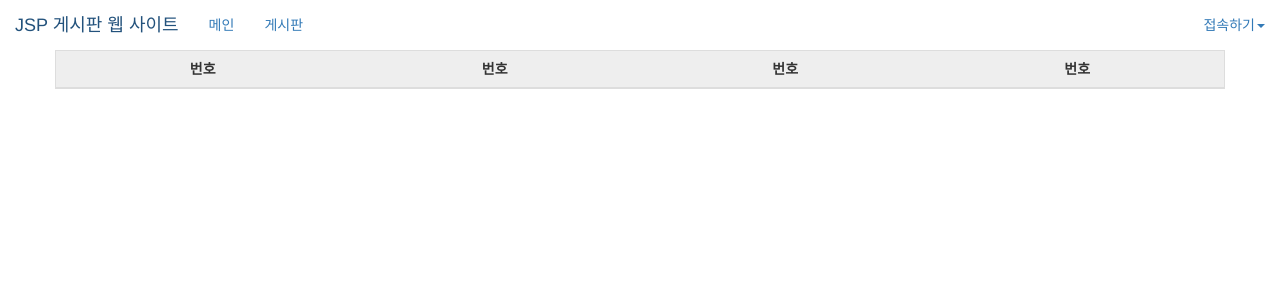
Repository: CEmmanuelP/jsp_Myblog
Page: http://localhost/BBS/bbs.jsp
The author's editor kept a copy of each file at every save. The page is drawn from the files as they stood at one save, then again after the next save.
The browser window is 1280 px wide. The pictures show the whole page.
Some web libraries are served in a nearby version. The page is served by Tomcat 9. Other server files are loaded and not shown.

Above is the page before, as saved 2019-09-06 14:46:33.

### BBS/WebContent/bbs.jsp
<%@ page language="java" contentType="text/html; charset=UTF-8"
    pageEncoding="UTF-8"%>
<%@ page import="java.io.PrintWriter" %>
<!DOCTYPE html>
<html>
<head>
<meta http-equiv="Content-Type" content="text/html; charset=UTF-8">
<!-- 반응형 -->
<meta name="viewport" content="width=device-width", initial-scale="1">
<link rel="stylesheet" href="css/bootstrap.css">
<title>JSP 게시판 웹 사이트</title>
</head>
<body>
   <%
      String userID = null;
      if(session.getAttribute("userID") != null){
         userID = (String) session.getAttribute("userID");
      }
   %>

   <!-- nav : 한 사이트의 전반적 구성 -->
   <nav class="navbar_navbar-default">
      <div class="navbar-header">
         <button type="button" class="navbar-toggle collapsed"
            data-toggle="collapse" data-target="#bs-example-navbar-collapse-1"
            aria-expanded="false">
            <span class="icon-bar"></span>
            <span class="icon-bar"></span>
            <span class="icon-bar"></span>
         </button>
         <a class="navbar-brand" href="main.jsp">JSP 게시판 웹 사이트</a>
      </div>
      <div class="collapse navbar-collapse" id="bs-example-navbar-collapse-1">
         <ul class="nav navbar-nav">
            <li><a href="main.jsp">메인</a></li>
            <li class="active"><a href="main.jsp">게시판</a></li>
         </ul>
         <%
            if(userID == null){
         %>
         <ul class="nav navbar-nav navbar-right">
            <li class="dropdown">
               <a href="#" class="dropdown-toggle"
                  data-toggle="dropdown" role="button" aria-haspopup="true"
                  aria-expanded="false">접속하기<span class="caret"></span></a>
               <ul class="dropdown-menu">
                  <li><a href="login.jsp">로그인</a></li>
                  <li><a href="join.jsp">회원가입</a></li>
               </ul>
            </li>
         </ul>
         <%
            } else {
         %>
         <ul class="nav navbar-nav navbar-right">
            <li class="dropdown">
               <a href="#" class="dropdown-toggle"
                  data-toggle="dropdown" role="button" aria-haspopup="true"
                  aria-expanded="false">회원관리<span class="caret"></span></a>
               <ul class="dropdown-menu">
                  <li><a href="logoutAction.jsp">로그아웃</a></li>
               </ul>
            </li>
         </ul>
         <%
            }
         %>
      </div>
   </nav>

   <div class="container">
      <div class="row">
         <table class ="table table-striped" style="text-align: center; border: 1px solid #dddddd">
            <thead>
               <tr>
                  <th style="background-color: #eeeeee; text-align: center;">번호</th>
                  <th style="background-color: #eeeeee; text-align: center;">번호</th>
                  <th style="background-color: #eeeeee; text-align: center;">번호</th>
                  <th style="background-color: #eeeeee; text-align: center;">번호</th>
               </tr>
            </thead>
      </div>
   </div>

   <script src="https://code.jquery.com/jquery-3.1.1.min.js"></script>
   <script src="js/bootstrap.js"></script>
</body>
</html>

Loaded but not shown: BBS/WebContent/css/bootstrap.css (library); BBS/WebContent/js/bootstrap.js (library)

After the next save:
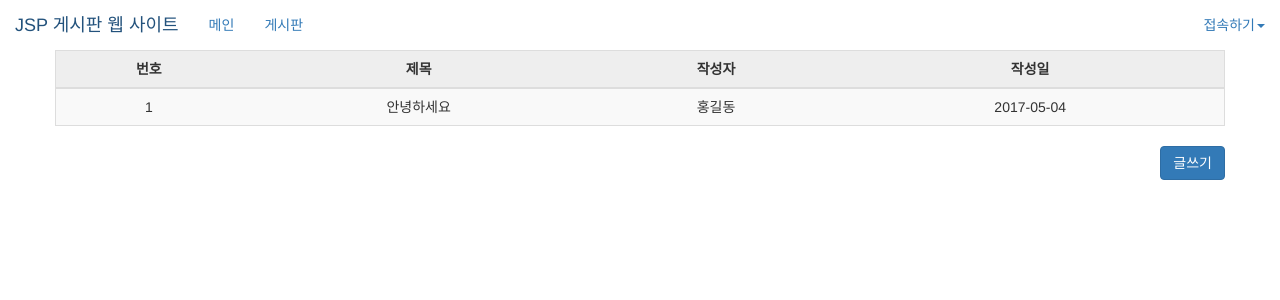
Saved 27 min 49 s later.
--- a/BBS/WebContent/bbs.jsp
+++ b/BBS/WebContent/bbs.jsp
@@ -74,11 +74,21 @@
             <thead>
                <tr>
                   <th style="background-color: #eeeeee; text-align: center;">번호</th>
-                  <th style="background-color: #eeeeee; text-align: center;">번호</th>
-                  <th style="background-color: #eeeeee; text-align: center;">번호</th>
-                  <th style="background-color: #eeeeee; text-align: center;">번호</th>
+                  <th style="background-color: #eeeeee; text-align: center;">제목</th>
+                  <th style="background-color: #eeeeee; text-align: center;">작성자</th>
+                  <th style="background-color: #eeeeee; text-align: center;">작성일</th>
                </tr>
             </thead>
+            <tbody>
+            	<tr>
+            		<td>1</td>
+            		<td>안녕하세요</td>
+            		<td>홍길동</td>
+            		<td>2017-05-04</td>
+            	</tr>
+            </tbody>
+         </table>
+         <a href="write.jsp" class="btn btn-primary pull-right">글쓰기</a>
       </div>
    </div>
 
